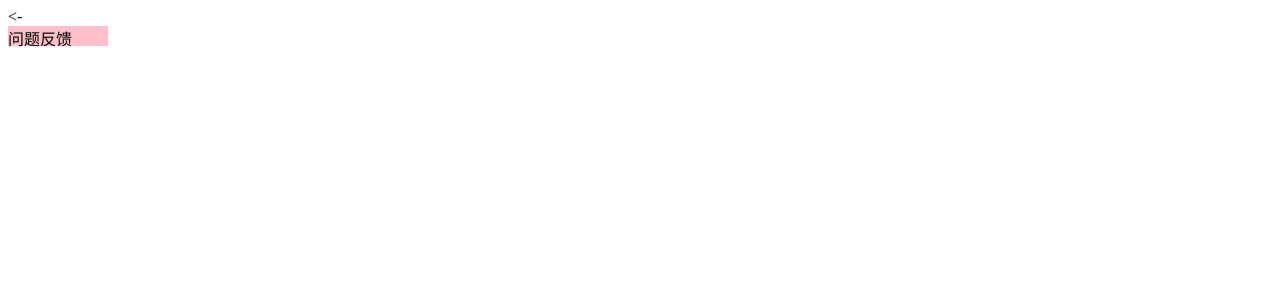
Repository: szl156/class
Page: review/javascript/test/test.html
The author's editor kept a copy of each file at every save. The page is drawn from the files as they stood at one save, then again after the next save.
The browser window is 1280 px wide. The pictures show the whole page.

Above is the page before, as saved 2022-07-25 22:23:34.

### review/javascript/test/test.html
<!DOCTYPE html>
<html lang="en">

<head>
    <meta charset="UTF-8">
    <meta http-equiv="X-UA-Compatible" content="IE=edge">
    <meta name="viewport" content="width=device-width, initial-scale=1.0">
    <title>Document</title>
    <style>
        div .sliderbar {
            position: absolute;
            top: 0;
            right: 0;
        }

        span {
            position: relative;
        }

        div .con {
            position: relative;
            top: 20;
            right: 0;
            width: 100px;
            height: 20px;
            background-color: pink;
        }
    </style>
    <script src="animate.js"></script>
</head>

<body>
    <div class="sliderbar">
        <span><-</span>
        <div class="con">问题反馈</div>
    </div>
    <script>
        let sliderbar = document.querySelector('.sliderbar')
        let con = document.querySelector('.con')
        sliderbar.addEventListener('mouseenter', function() {
            animate(con, -160, function() {
                sliderbar.children[0].innerHTML = '->'
            })

        })
        sliderbar.addEventListener('mouseleave', function() {
            animate(con, 0)

        })
    </script>
</body>

</html>

### review/javascript/test/animate.js
function animate(obj, target, callback) {
    obj.timer = setInterval(function() {
        let step = Math.ceil((target - obj.offsetLeft) / 10)
        if (obj.offsetLeft >= target) {
            clearInterval(obj.timer)
            if (callback) {
                callback()
            }
        }
        obj.style.left = obj.offsetLeft + step + 'px'
    }, 40)
}

After the next save:
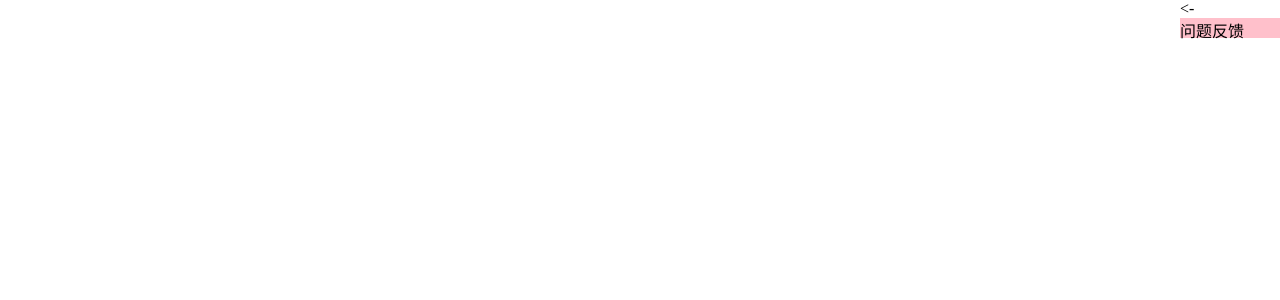
Saved 14 s later.
--- a/review/javascript/test/test.html
+++ b/review/javascript/test/test.html
@@ -7,7 +7,7 @@
     <meta name="viewport" content="width=device-width, initial-scale=1.0">
     <title>Document</title>
     <style>
-        div .sliderbar {
+        .sliderbar {
             position: absolute;
             top: 0;
             right: 0;
@@ -17,7 +17,7 @@
             position: relative;
         }
 
-        div .con {
+        .con {
             position: relative;
             top: 20;
             right: 0;
